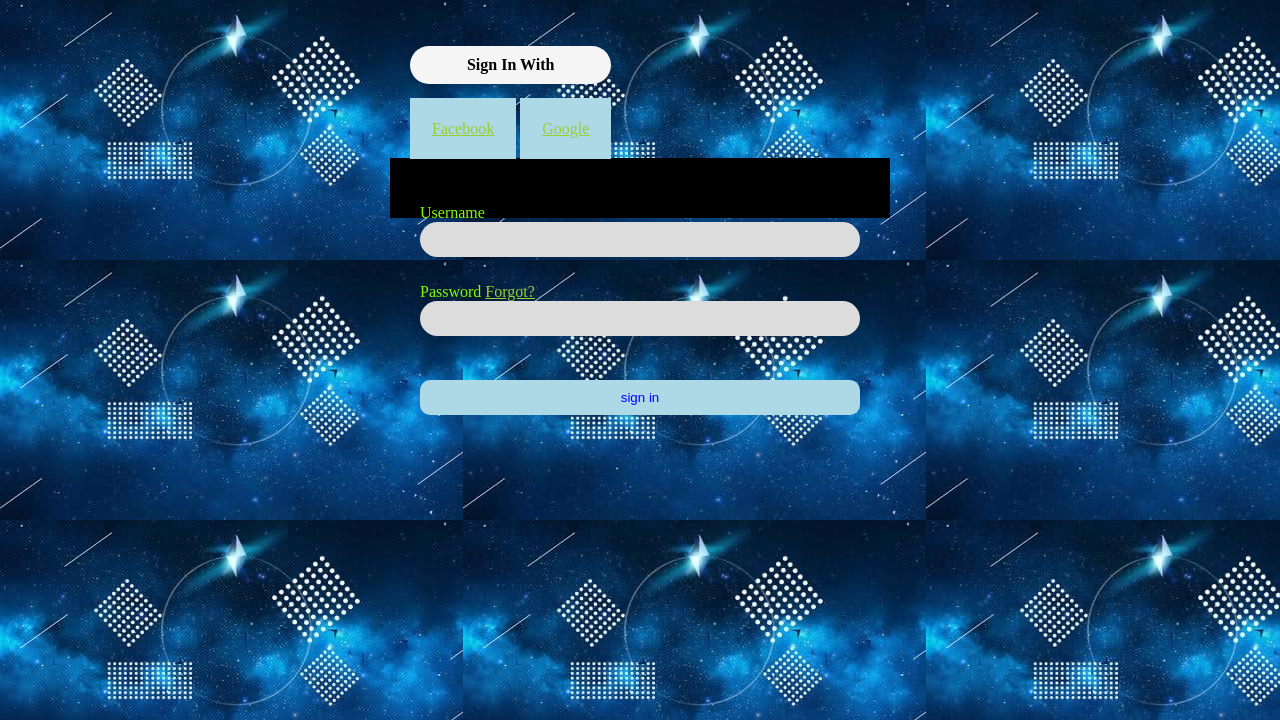
Repository: Tobby004/bdc-assignment-2
Page: index.html
An editor plug-in stored every save of this project. The page is shown before and after the next save, followed by the edit.
The browser window is 1280 px wide. The pictures show the whole page.

Above is the page before, as saved 2023-02-11 08:11:12.

After the next save:
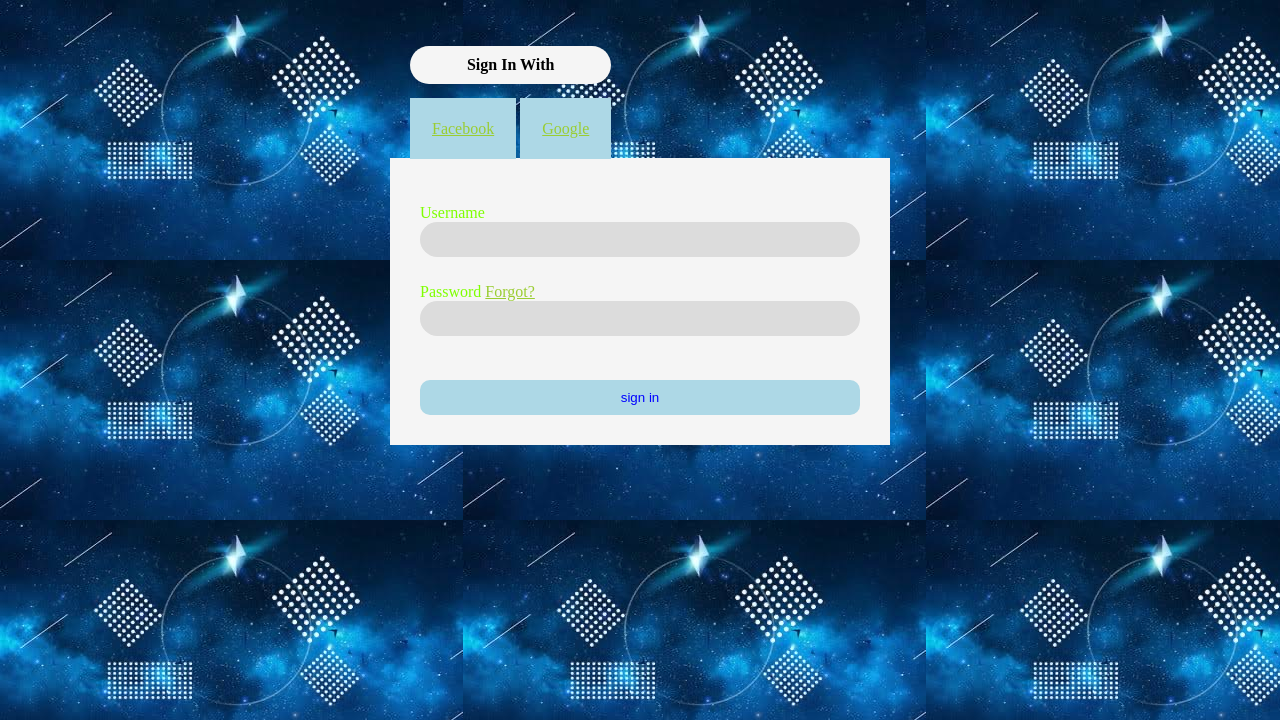
Saved 6 min 10 s later.
--- a/index.html
+++ b/index.html
@@ -28,7 +28,6 @@
 
 
         <div class="form-input">
-        <div class="form"></div>
         <p>Username
             <br>
             <input type="text" placeholder="" />
--- a/task.css
+++ b/task.css
@@ -33,11 +33,9 @@ header a {
 .form-input{
     display: block;
     max-width: 500px;
-    height: 10px;
+    background-color: whitesmoke;
+    border-top: 20px;
     padding: 30px;
-    background-color: black;
-    background-size: 500px;
-    background-repeat: no-repeat;
     color: chartreuse;
     margin-left: auto;
     margin-right: auto;
